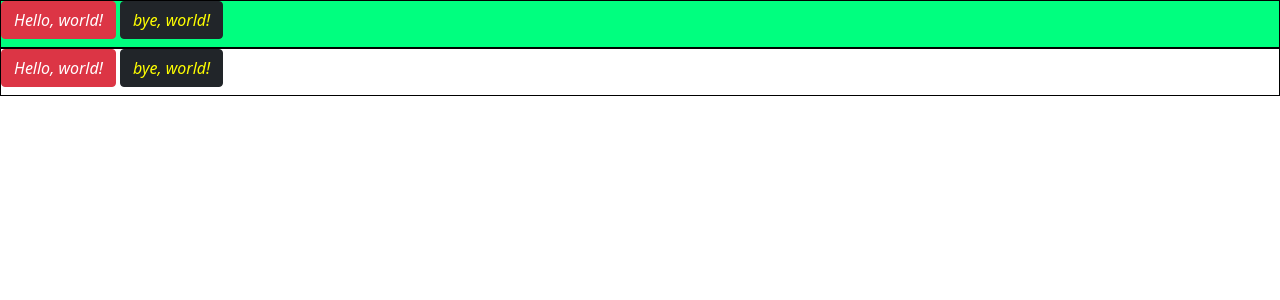
Repository: jaunnnngs/HackaTone
Page: http://localhost/StunProjects/
An editor plug-in stored every save of this project. The page is shown before and after the next save, followed by the edit.
The browser window is 1280 px wide. The pictures show the whole page.
The page is served by Tomcat 9. Other server files are loaded and not shown.

Above is the page before, as saved 2021-07-20 01:42:27.

### STUN_TEAM/StunProjects/src/main/webapp/index.jsp
<%@ page language="java" contentType="text/html; charset=UTF-8"
    pageEncoding="UTF-8"%>
<!doctype html>
<html lang="en">
  <head>
    <!-- Required meta tags -->
    <meta charset="utf-8">
    <meta name="viewport" content="width=device-width, initial-scale=1">

    <!-- Bootstrap CSS -->
    <link href="https://cdn.jsdelivr.net/npm/bootstrap@5.0.2/dist/css/bootstrap.min.css" rel="stylesheet" integrity="sha384-EVSTQN3/azprG1Anm3QDgpJLIm9Nao0Yz1ztcQTwFspd3yD65VohhpuuCOmLASjC" crossorigin="anonymous">

    <title>Hello, world!</title>

    <style>
    #hello /*아이디 설정  */
    {
    	color:white;
    }
    #bye
    {
    	color:yellow;
    }
    .btn/*클래스 설정  */
    {
    	font-style : italic
    }
    div.ldj
    {
    	background : springgreen
    }
    div
    {
    	border : 1px solid black
    }


    </style>
  </head>
  <body>
    <div class ="ldj">
    <h1 id="hello" class = "btn btn-danger">Hello, world!</h1>
    <h1 id="bye" class = "btn btn-dark">bye, world!</h1>
    </div>
    <div class ="lng">
    <h1 id="hello" class = "btn btn-danger">Hello, world!</h1>
    <h1 id="bye" class = "btn btn-dark">bye, world!</h1>
    </div>
    <!-- Optional JavaScript; choose one of the two! -->

    <!-- Option 1: Bootstrap Bundle with Popper -->
    <script src="https://cdn.jsdelivr.net/npm/bootstrap@5.0.2/dist/js/bootstrap.bundle.min.js" integrity="sha384-MrcW6ZMFYlzcLA8Nl+NtUVF0sA7MsXsP1UyJoMp4YLEuNSfAP+JcXn/tWtIaxVXM" crossorigin="anonymous"></script>

    <!-- Option 2: Separate Popper and Bootstrap JS -->
    <!--
    <script src="https://cdn.jsdelivr.net/npm/@popperjs/core@2.9.2/dist/umd/popper.min.js" integrity="sha384-IQsoLXl5PILFhosVNubq5LC7Qb9DXgDA9i+tQ8Zj3iwWAwPtgFTxbJ8NT4GN1R8p" crossorigin="anonymous"></script>
    <script src="https://cdn.jsdelivr.net/npm/bootstrap@5.0.2/dist/js/bootstrap.min.js" integrity="sha384-cVKIPhGWiC2Al4u+LWgxfKTRIcfu0JTxR+EQDz/bgldoEyl4H0zUF0QKbrJ0EcQF" crossorigin="anonymous"></script>
    -->
  </body>
</html>

After the next save:
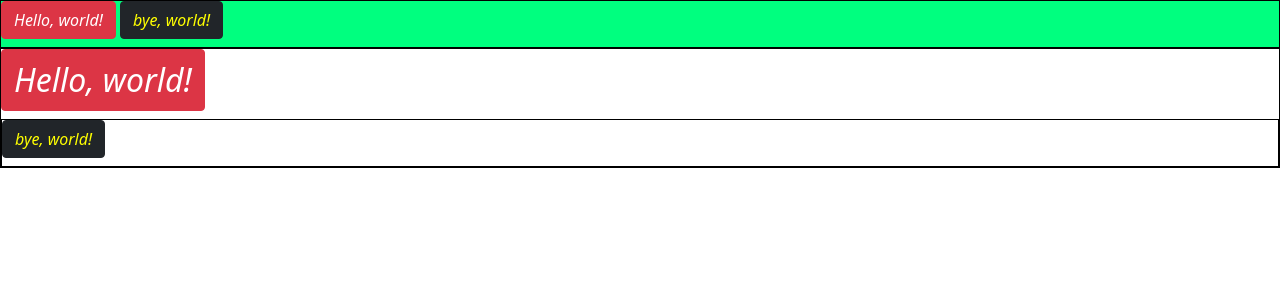
Saved 3 min 36 s later.
--- a/STUN_TEAM/StunProjects/src/main/webapp/index.jsp
+++ b/STUN_TEAM/StunProjects/src/main/webapp/index.jsp
@@ -33,7 +33,10 @@
     {
     	border : 1px solid black
     }
-
+    .lng>h1
+    {
+    	font-size:xx-large
+    }
 
     </style>
   </head>
@@ -44,7 +47,9 @@
     </div>
     <div class ="lng">
     <h1 id="hello" class = "btn btn-danger">Hello, world!</h1>
-    <h1 id="bye" class = "btn btn-dark">bye, world!</h1>
+    <div>
+            <h1 id="bye" class = "btn btn-dark">bye, world!</h1>
+        </div>
     </div>
     <!-- Optional JavaScript; choose one of the two! -->
 
